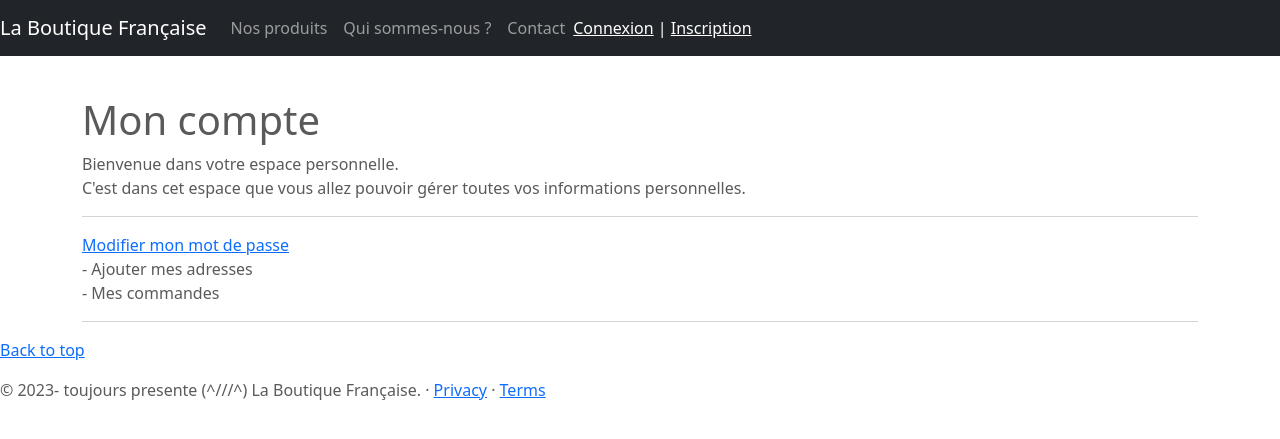
Repository: Coulibaly00180/laboutiquefrancaise
Page: templates/account/index.html.twig
These files come from the project's save history. The page is drawn as it stood at one moment and after the next save; the edit follows.
The browser window is 1280 px wide. The pictures show the whole page.
The page is a Twig template of a Symfony application; nobody is signed in and links lead nowhere. The template is opened directly, without the code that normally fills it, so the values that code supplies are empty.

Above is the page before, as saved 2023-03-03 17:50:38.

### templates/account/index.html.twig
{% extends 'base.html.twig' %}

{% block title %}Mon compte - La Boutique Française{% endblock %}

{% block content %}
    <h1>Mon compte</h1>
    Bienvenue {{ app.user.firstName}} dans votre espace personnelle. <br>
    C'est dans cet espace que vous allez pouvoir gérer toutes vos informations personnelles.<br>
    <hr>
    <a href="{{ path('app_account_password') }}">Modifier mon mot de passe</a> <br>
    -   Ajouter mes adresses<br>
    -   Mes commandes<br>
    <hr>
{% endblock %}

### templates/base.html.twig
<!doctype html>
<html lang="fr">
<head>
    <meta charset="utf-8">
    <meta name="viewport" content="width=device-width, initial-scale=1, shrink-to-fit=no">
    <meta name="description" content="">
    <meta name="author" content="Coulibaly Abdoulaye Christian">
    <meta name="generator" content="Jekyll v4.1.1">
    <title>{% block title %}La Boutique Française - 100% Made in French{% endblock %}</title>

    <!-- Bootstrap core CSS -->
    <link href="{{ asset('assets/css/bootstrap.min.css') }}" rel="stylesheet">
    <link href="{{ asset('assets/css/style.css') }}" rel="stylesheet">

    <style>
        .bd-placeholder-img {
            font-size: 1.125rem;
            text-anchor: middle;
            -webkit-user-select: none;
            -moz-user-select: none;
            -ms-user-select: none;
            user-select: none;
        }

        @media (min-width: 768px) {
            .bd-placeholder-img-lg {
                font-size: 3.5rem;
            }
        }
    </style>
    <!-- Custom styles for this template -->
    <link href="{{ asset('assets/css/carousel.css') }}" rel="stylesheet">
</head>
<body>
    <header>
        <nav class="navbar navbar-expand-md navbar-dark fixed-top bg-dark">
            <a class="navbar-brand" href="{{path('app_home') }}">La Boutique Française</a>
            <button class="navbar-toggler" type="button" data-toggle="collapse" data-target="#navbarCollapse" aria-controls="navbarCollapse" aria-expanded="false" aria-label="Toggle navigation">
                <span class="navbar-toggler-icon"></span>
            </button>
            <div class="collapse navbar-collapse" id="navbarCollapse">
                <ul class="navbar-nav mr-auto">
                    <li class="nav-item active">
                        <a class="nav-link" href="#">Nos produits</a>
                    </li>
                    <li class="nav-item">
                        <a class="nav-link" href="#">Qui sommes-nous ?</a>
                    </li>
                    <li class="nav-item">
                        <a class="nav-link" href="#">Contact</a>
                    </li>
                </ul>

                <div class="navbar-item-custom">
                    {% if app.user %}
                        <a href=" {{path('app_account') }}">Mon compte <small>( {{app.user.lastName}} )</small></a> | <a href=" {{ path('app_logout') }}">Déconnexion</a>
                    {% else %}
                        <a href=" {{ path('app_login') }}">Connexion</a> | <a href="{{ path('app_register') }}">Inscription</a>
                    {% endif %}
                </div>

            </div>
        </nav>
    </header>

    <main role="main">

        {% if block('carousel') is defined %}

        <div id="myCarousel" class="carousel slide" data-ride="carousel">
            <ol class="carousel-indicators">
                <li data-target="#myCarousel" data-slide-to="0" class="active"></li>
                <li data-target="#myCarousel" data-slide-to="1"></li>
                <li data-target="#myCarousel" data-slide-to="2"></li>
            </ol>
            <div class="carousel-inner">
                <div class="carousel-item active">
                    <svg class="bd-placeholder-img" width="100%" height="100%" xmlns="http://www.w3.org/2000/svg" preserveAspectRatio="xMidYMid slice" focusable="false" role="img"><rect width="100%" height="100%" fill="#777"/></svg>
                    <div class="container">
                        <div class="carousel-caption text-left">
                            <h1>Example headline.</h1>
                            <p>Cras justo odio, dapibus ac facilisis in, egestas eget quam. Donec id elit non mi porta gravida at eget metus. Nullam id dolor id nibh ultricies vehicula ut id elit.</p>
                            <p><a class="btn btn-lg btn-primary" href="#" role="button">Sign up today</a></p>
                        </div>
                    </div>
                </div>
                <div class="carousel-item">
                    <svg class="bd-placeholder-img" width="100%" height="100%" xmlns="http://www.w3.org/2000/svg" preserveAspectRatio="xMidYMid slice" focusable="false" role="img"><rect width="100%" height="100%" fill="#777"/></svg>
                    <div class="container">
                        <div class="carousel-caption">
                            <h1>Another example headline.</h1>
                            <p>Cras justo odio, dapibus ac facilisis in, egestas eget quam. Donec id elit non mi porta gravida at eget metus. Nullam id dolor id nibh ultricies vehicula ut id elit.</p>
                            <p><a class="btn btn-lg btn-primary" href="#" role="button">Learn more</a></p>
                        </div>
                    </div>
                </div>
                <div class="carousel-item">
                    <svg class="bd-placeholder-img" width="100%" height="100%" xmlns="http://www.w3.org/2000/svg" preserveAspectRatio="xMidYMid slice" focusable="false" role="img"><rect width="100%" height="100%" fill="#777"/></svg>
                    <div class="container">
                        <div class="carousel-caption text-right">
                            <h1>One more for good measure.</h1>
                            <p>Cras justo odio, dapibus ac facilisis in, egestas eget quam. Donec id elit non mi porta gravida at eget metus. Nullam id dolor id nibh ultricies vehicula ut id elit.</p>
                            <p><a class="btn btn-lg btn-primary" href="#" role="button">Browse gallery</a></p>
                        </div>
                    </div>
                </div>
            </div>
            <a class="carousel-control-prev" href="#myCarousel" role="button" data-slide="prev">
                <span class="carousel-control-prev-icon" aria-hidden="true"></span>
                <span class="sr-only">Previous</span>
            </a>
            <a class="carousel-control-next" href="#myCarousel" role="button" data-slide="next">
                <span class="carousel-control-next-icon" aria-hidden="true"></span>
                <span class="sr-only">Next</span>
            </a>
        </div>

        {% endif %}


        <!-- Marketing messaging and featurettes
        ================================================== -->
        <!-- Wrap the rest of the page in another container to center all the content. -->

        <div class="container marketing {% if block('carousel') is not defined %} mt-5 {% endif %}">

            {% block content %}

            {% endblock %}

        </div><!-- /.container -->

        <!-- FOOTER -->
        <footer class="footer-custom">
            <p class="float-right"><a href="#">Back to top</a></p>
            <p>&copy; 2023- toujours presente (^///^) La Boutique Française. &middot; <a href="#">Privacy</a> &middot; <a href="#">Terms</a></p>
        </footer>
    </main>
    <script src="https://code.jquery.com/jquery-3.5.1.slim.min.js"></script>
    <script src="{{ asset('assets/js/bootstrap.bundle.js') }}"></script>
</body>
</html>

### public/assets/css/style.css
.navbar-item-custom, .navbar-item-custom a{
    color: #fff;
}

.footer-custom{

}

### public/assets/css/carousel.css
/* GLOBAL STYLES
-------------------------------------------------- */
/* Padding below the footer and lighter body text */

body {
    padding-top: 3rem;
    padding-bottom: 3rem;
    color: #5a5a5a;
}


/* CUSTOMIZE THE CAROUSEL
-------------------------------------------------- */

/* Carousel base class */
.carousel {
    margin-bottom: 4rem;
}
/* Since positioning the image, we need to help out the caption */
.carousel-caption {
    bottom: 3rem;
    z-index: 10;
}

/* Declare heights because of positioning of img element */
.carousel-item {
    height: 32rem;
}
.carousel-item > img {
    position: absolute;
    top: 0;
    left: 0;
    min-width: 100%;
    height: 32rem;
}


/* MARKETING CONTENT
-------------------------------------------------- */

/* Center align the text within the three columns below the carousel */
.marketing .col-lg-4 {
    margin-bottom: 1.5rem;
    text-align: center;
}
.marketing h2 {
    font-weight: 400;
}
.marketing .col-lg-4 p {
    margin-right: .75rem;
    margin-left: .75rem;
}


/* Featurettes
------------------------- */

.featurette-divider {
    margin: 5rem 0; /* Space out the Bootstrap <hr> more */
}

/* Thin out the marketing headings */
.featurette-heading {
    font-weight: 300;
    line-height: 1;
    letter-spacing: -.05rem;
}


/* RESPONSIVE CSS
-------------------------------------------------- */

@media (min-width: 40em) {
    /* Bump up size of carousel content */
    .carousel-caption p {
        margin-bottom: 1.25rem;
        font-size: 1.25rem;
        line-height: 1.4;
    }

    .featurette-heading {
        font-size: 50px;
    }
}

@media (min-width: 62em) {
    .featurette-heading {
        margin-top: 7rem;
    }
}

Loaded but not shown: public/assets/css/bootstrap.min.css (library); public/assets/js/bootstrap.bundle.js (library)

After the next save:
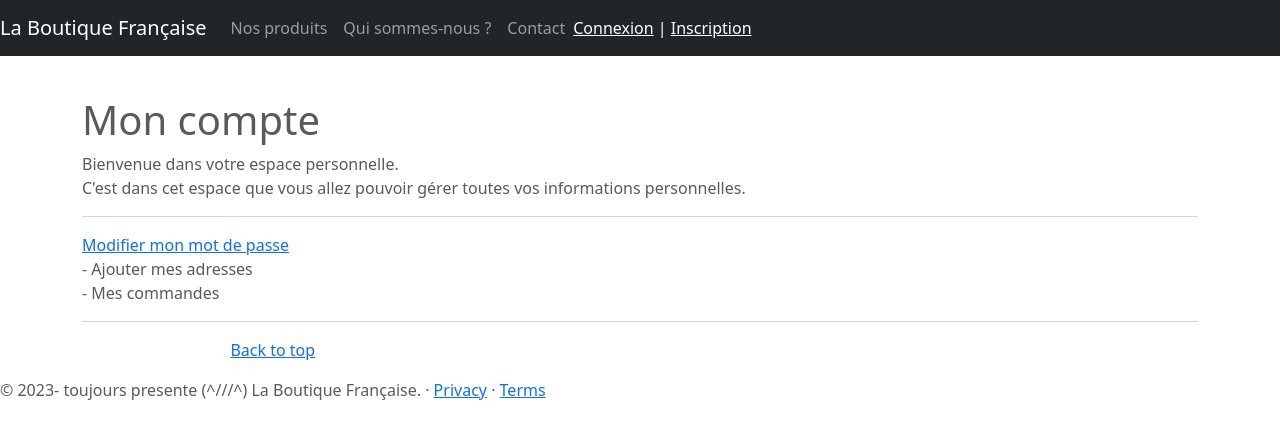
Saved 39 s later.
--- a/public/assets/css/style.css
+++ b/public/assets/css/style.css
@@ -3,5 +3,6 @@
 }
 
 .footer-custom{
-
+    text-align: center;
+    position: absolute;
 }
